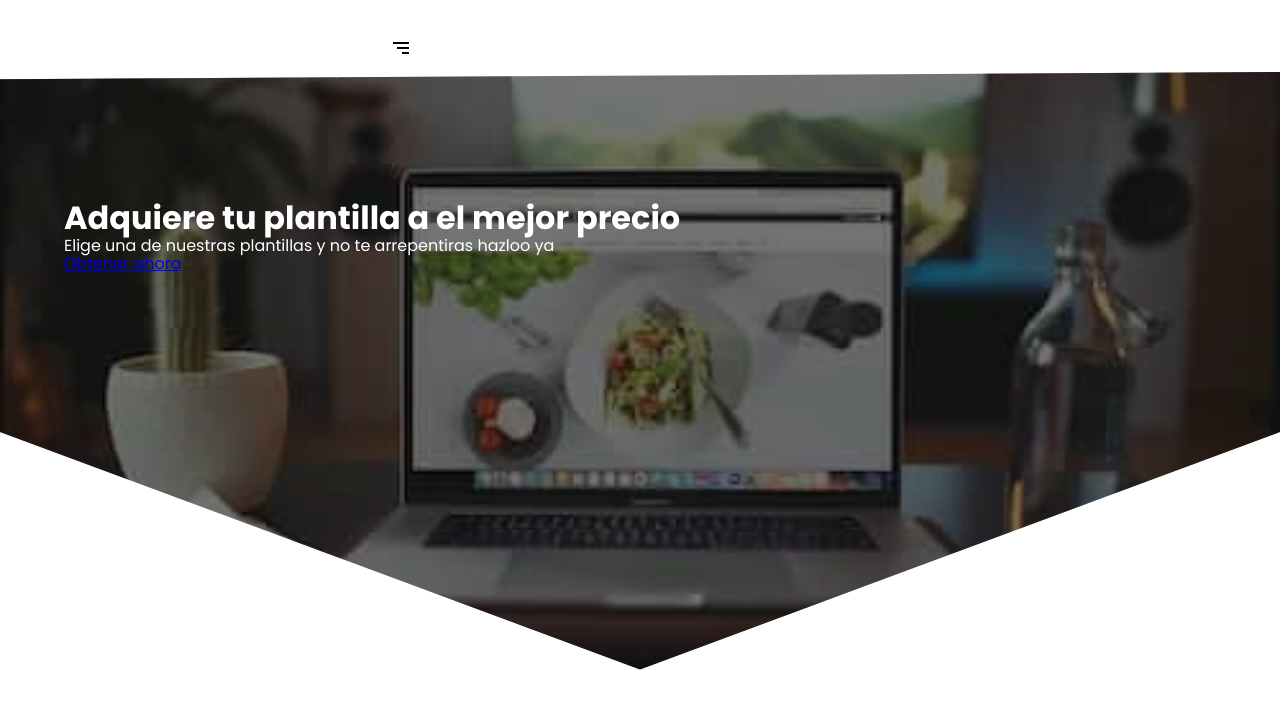
Repository: cega17/una-pagina-web
Page: index.html
These files come from the project's save history. The page is drawn as it stood at one moment and after the next save; the edit follows.
The browser window is 1280 px wide. The pictures show the whole page.

Above is the page before, as saved 2023-10-28 18:47:14.

### index.html
<!DOCTYPE html>
<html lang="en">
<head>
    <meta charset="UTF-8">
    <meta http-equiv="X-UA-Compatible" content="IE=edge">
    <meta name="viewport" content="width=device-width, initial-scale=1.0">
    <title>Una pagina web</title>
    <link rel="stylesheet" href="./css/normalize.css">
    <link rel="stylesheet" href="./css/styles.css">
    <link rel="icon" href="./imgs/logo.ico">
    <meta name="theme-color" content="#2091F9">

    <meta name="title" content="Obten la plantilla para tu negocio">
    <meta name="description"
        content="Hola, somos un equipo de desarrollo web que verás cuando busques algo de mi temática en Google.">
        <meta property="og:type" content="website">
    <meta property="og:url" content="Tu cueta donde este alojada la pagina web">

</head>
<body>

    <header class="hero">
        <nav class="nav container">
            <div class="nav__logo">
                <h2 class="nav__title">Una Pagina Web</h2>
            </div>

            <ul class="nav__links nav__link--menu">
                <li class="nav__items">Inicio</li>
                <li class="nav__items">Acerca de</li>
                <li class="nav__items">Contacto</li>
                <li class="nav__items">Blog</li>

                <img src="./imgs/close.svg" alt="" class="nav__close">

            </ul>
            <div class="nav__menu">
                <img src="./imgs/menu.svg" alt="" class="nav__img">
            </div>
        </nav>

        <section class="hero__container container">
            <h1 class="hero__title">Adquiere tu plantilla a el mejor precio</h1>
            <p class="hero__paragrph">Elige una de nuestras plantillas y no te arrepentiras hazloo ya</p>
            <a href="#" class="cta">Obtener ahora</a>

        </section>

    </header>

</body>
</html>

### css/styles.css
@import url('https://fonts.googleapis.com/css2?family=Poppins:wght@300;400;600;700&display=swap');

:root {
    --padding-container: 100px 0;
    --color-title: #001A49;
}

body {
    font-family: 'Poppins', sans-serif;
}
.container{
    width: 90%;
    max-width: 1200px;
    margin: 0 auto;
    overflow: hidden;
    padding: var(--padding-container);
}

.hero{

    width: 100%;
    height: 100vh;
    min-height: 600px;
    max-height: 800px;
    position: relative;
    display: grid;
    grid-template-rows: 100px 1fr;
    color: #fff;
}

.hero::before{
    content: "";
    position: absolute;
    top: 0;
    left: 0;
    width: 100%;
    height: 100%;
    background-image: linear-gradient(180deg, #0000008c 0%, #0000008c 100%), url('../imgs/fondo-una-pagina.jpg');
    background-size: cover;
    clip-path: polygon(0 11%, 100% 10%, 100% 60%, 50% 93%, 0 60%);
    z-index: -1;
}

/* Inicio de nav*/

.nav{
    --padding-container:0;
    height: 100%;
    display:flex;
    align-items: center;
}

### imgs/menu.svg
<svg xmlns="http://www.w3.org/2000/svg" width="24" height="24" viewBox="0 0 24 24" style="fill: #fff);transform: ;msFilter:;"><path d="M4 6h16v2H4zm4 5h12v2H8zm5 5h7v2h-7z"></path></svg>

Loaded but not shown: css/normalize.css (library); imgs/close.svg (no stored copy; drawn as an empty file)

After the next save:
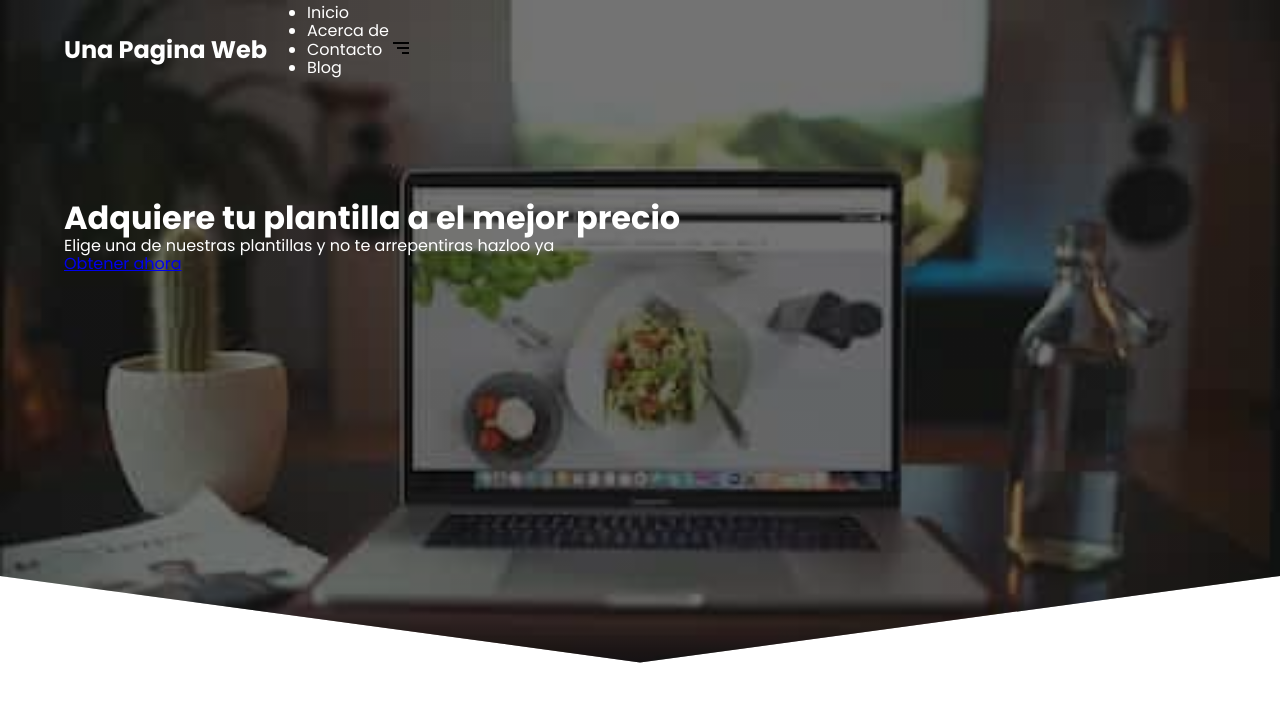
Saved 3 min 24 s later.
--- a/css/styles.css
+++ b/css/styles.css
@@ -37,7 +37,7 @@ body {
     height: 100%;
     background-image: linear-gradient(180deg, #0000008c 0%, #0000008c 100%), url('../imgs/fondo-una-pagina.jpg');
     background-size: cover;
-    clip-path: polygon(0 11%, 100% 10%, 100% 60%, 50% 93%, 0 60%);
+    clip-path: polygon(0 0, 100% 0, 100% 80%, 50% 92%, 0 80%);
     z-index: -1;
 }
 
